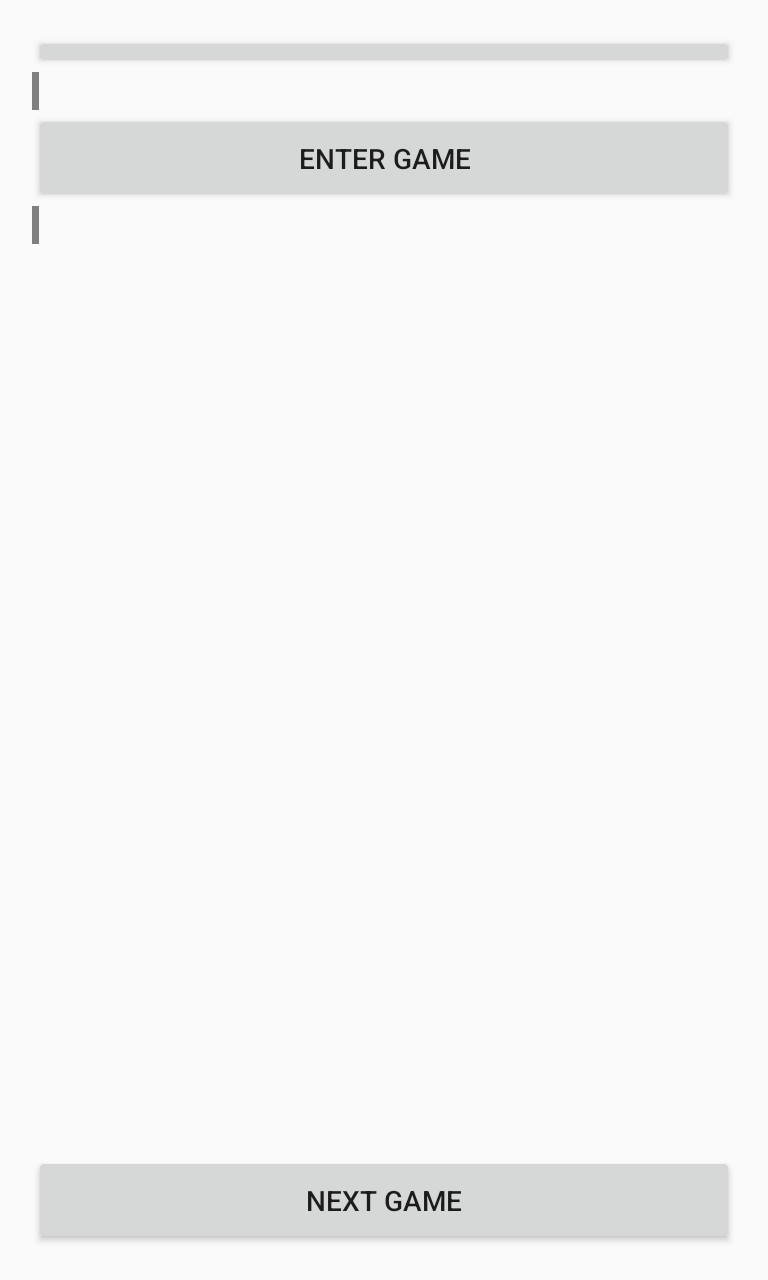
Repository: charlesweng/school
Layout: simpleandroidapps/GettingToKnowUIActivities/charleswengScoringProject/charleswengScoring/res/layout/activity_main.xml
An editor plug-in stored every save of this project. The layout is shown before and after the next save, followed by the edit.
Pictures or frames that could not be fetched are drawn as grey boxes. It is drawn on a 768 x 1280 px phone screen (xhdpi) without system bars, with theme AppTheme; the app's code is not run.

Above is the layout before, as saved 2014-04-28 05:39:52.

After the next save:
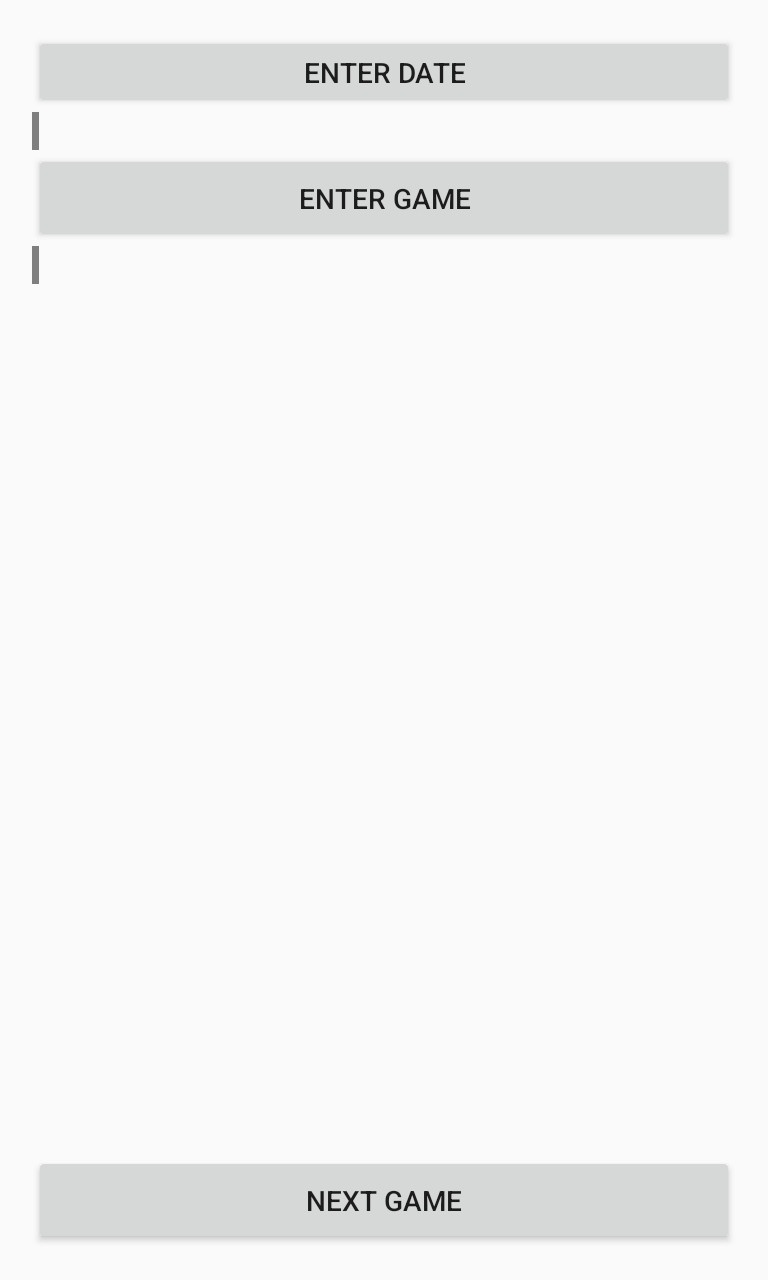
Saved 9 s later.
--- a/simpleandroidapps/GettingToKnowUIActivities/charleswengScoringProject/charleswengScoring/res/layout/activity_main.xml
+++ b/simpleandroidapps/GettingToKnowUIActivities/charleswengScoringProject/charleswengScoring/res/layout/activity_main.xml
@@ -14,7 +14,7 @@
     <Button
         android:id="@+id/datebutton"
         android:layout_width="fill_parent"
-        android:layout_height="20dp"
+        android:layout_height="40dp"
         android:layout_alignParentTop="true"
         android:layout_centerHorizontal="true"
         android:text="@string/enter_date"
